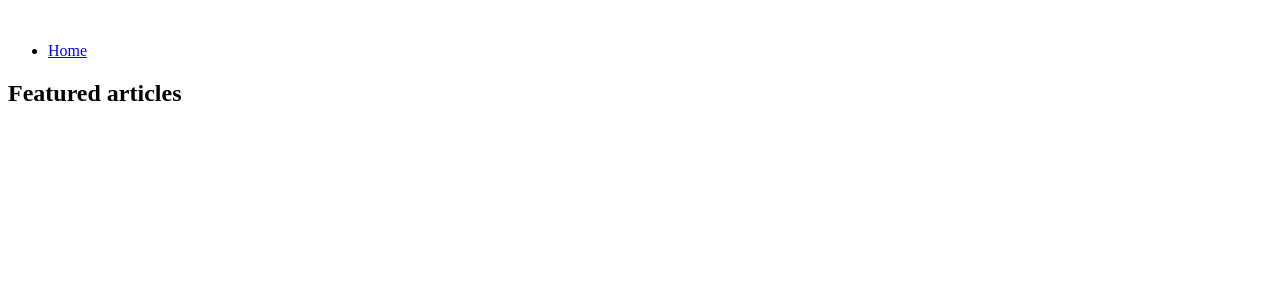
Repository: ikennobunga/11tyblog
Page: src/index.html
These files come from the project's save history. The page is drawn as it stood at one moment and after the next save; the edit follows.
The browser window is 1280 px wide. The pictures show the whole page.

Above is the page before, as saved 2021-10-26 23:49:04.

### src/index.html
<!DOCTYPE html>
<html lang="en">
<head>
    <meta charset="UTF-8">
    <meta http-equiv="X-UA-Compatible" content="IE=edge">
    <meta name="viewport" content="width=device-width, initial-scale=1.0">
    <link rel="stylesheet" href="/style.css">
    <title>Document</title>
</head>
<body>
    <header>
        <div class="container">
            <div class="page-header__content">
                <div class="logo">
                    <img src="" alt="">
                </div>
                <nav>
                    <ul>
                        <li>
                            <a href="/">Home</a>
                        </li>
                    </ul>
                </nav>
            </div>
        </div>
    </header>

    <section>
        <div class="container">
            <h1>Featured articles</h1>
            <div class="split">

            </div>
        </div>
    </section>
</body>
</html>

Loaded but not shown: style.css (no stored copy; drawn as an empty file)

After the next save:
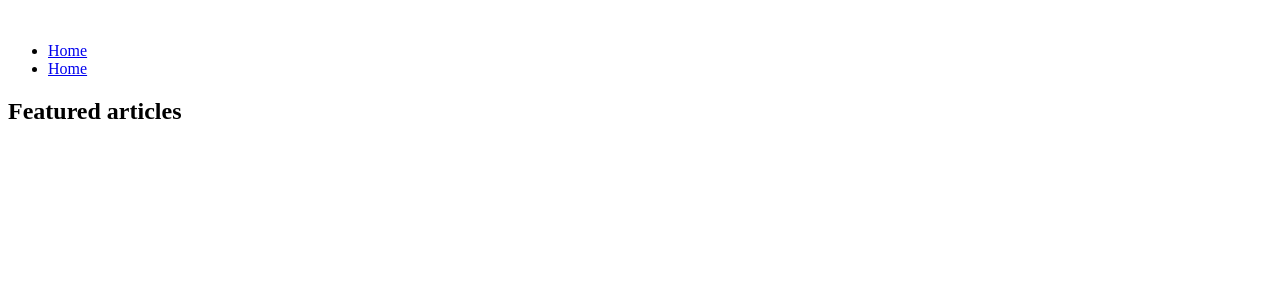
Saved 14 s later.
--- a/src/index.html
+++ b/src/index.html
@@ -19,6 +19,9 @@
                         <li>
                             <a href="/">Home</a>
                         </li>
+                        <li>
+                            <a href="/">Home</a>
+                        </li>
                     </ul>
                 </nav>
             </div>
